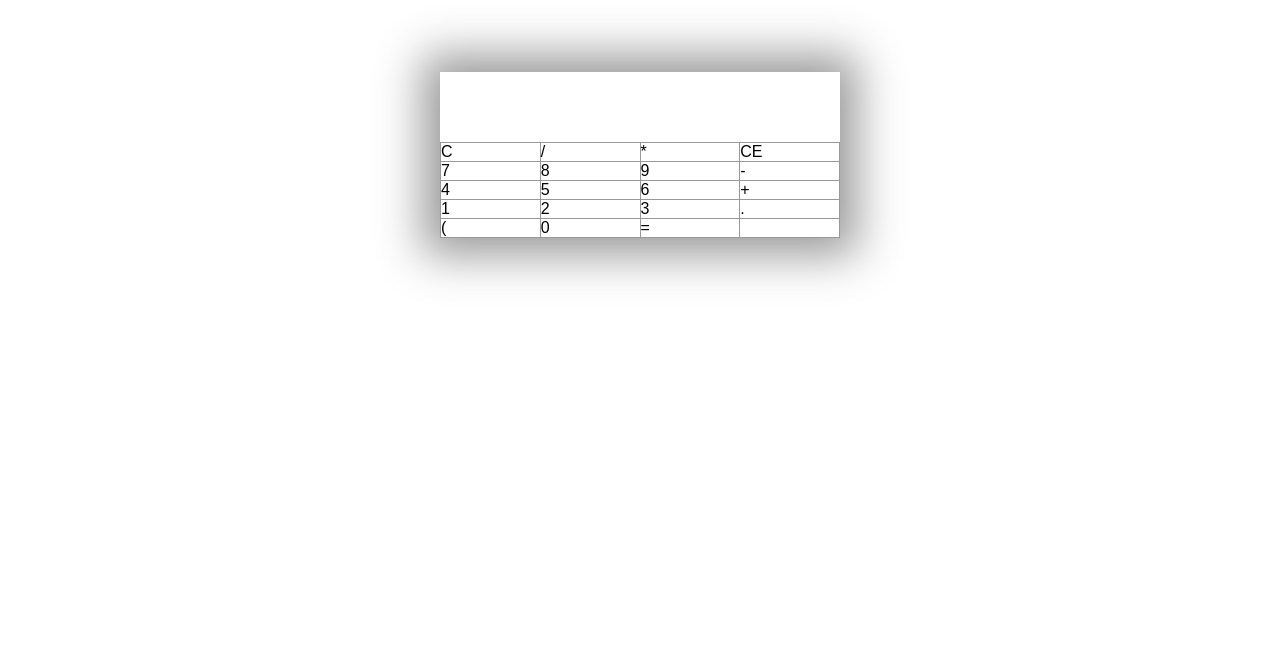
Repository: LuisMiLR/Calculatrice-with-JS---HTML---CSS-
Page: index.html
The author's editor kept a copy of each file at every save. The page is drawn from the files as they stood at one save, then again after a run of saves.
The browser window is 1280 px wide. The pictures show the whole page.

Above is the page before, as saved 2023-03-20 15:29:36.

After the next 3 saves:
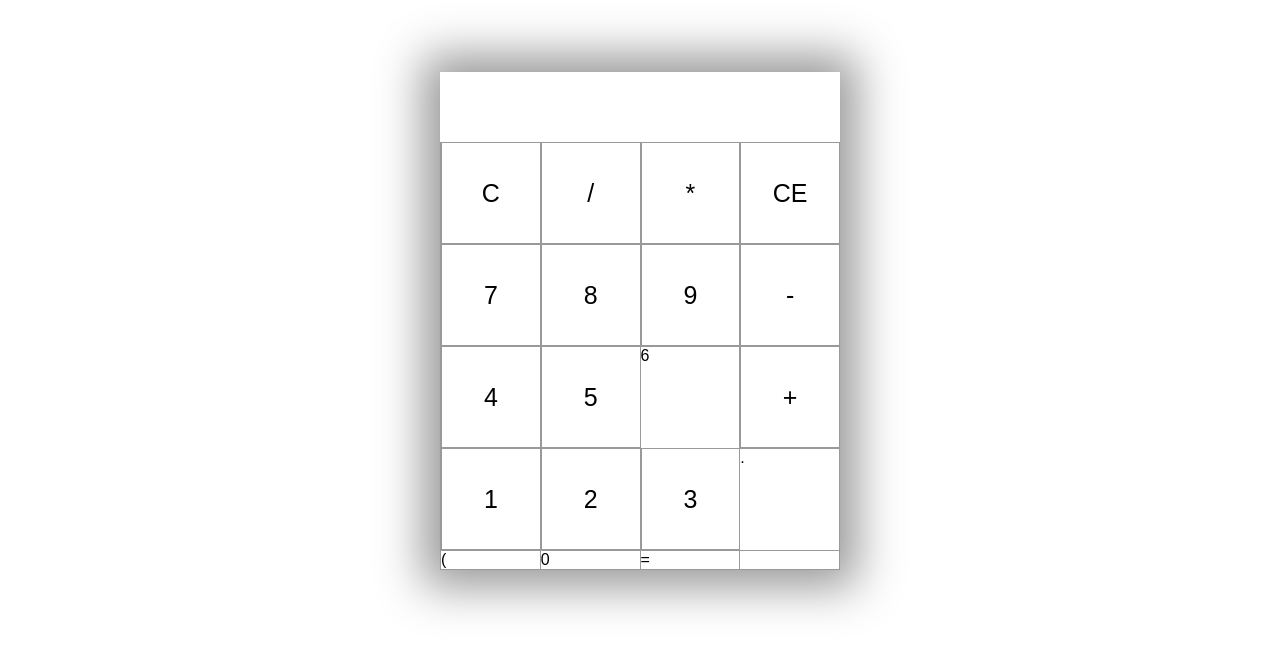
The 3 saves are shown as one change because they came seconds apart.
The last was saved 7 s later.
--- a/style.css
+++ b/style.css
@@ -30,7 +30,7 @@
     border-right: 1px solid#999;
 }
 
-.bouton, .bouton1, .bouton2, .bouton3, .bouton4, .bouton5, .button5, .bouton6, .bouton7, .bouton8, .bouton9, bouton10, .bouton11, .bouton12, .bouton13, .bouton14, .bouton. bouton {
+.bouton, .bouton1, .bouton2, .bouton3, .bouton4, .bouton5, .button5, .bouton6, .bouton7, .bouton8, .bouton9, bouton10, .bouton11, .bouton12, .bouton13, .bouton14, .bouton15 .bouton {
     border: 0.5px solid #999;
     line-height: 100px;
     text-align: center;
